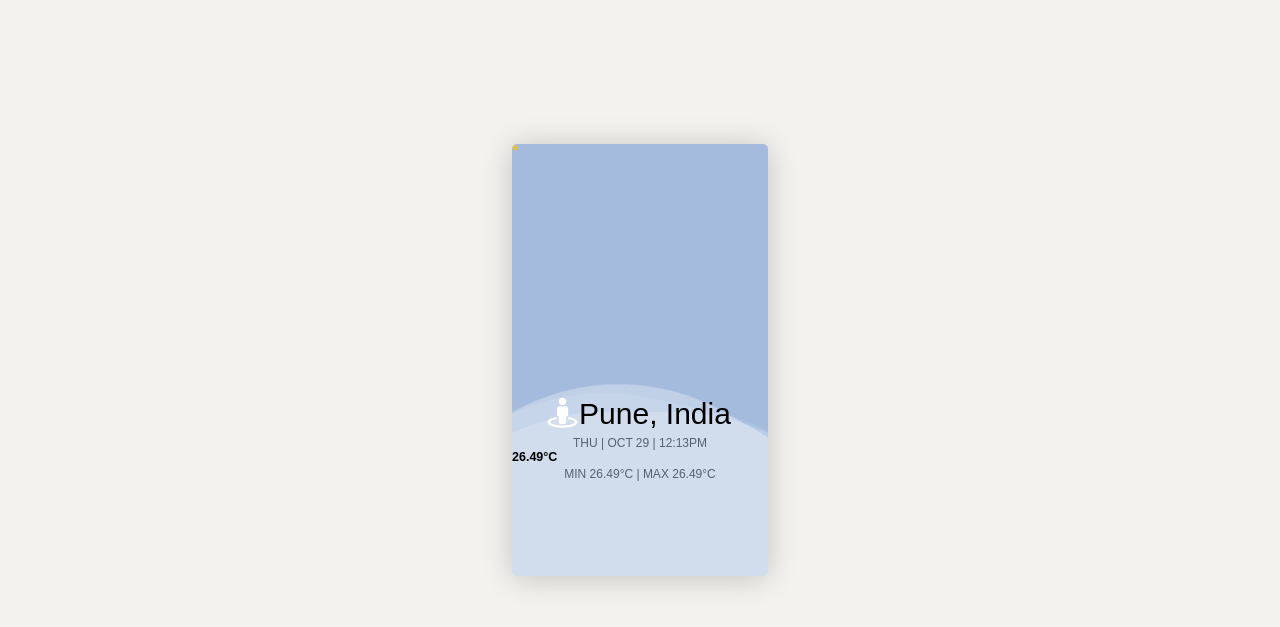
Repository: AalokJadhav/Weather_Website
Page: home.html
The author's editor kept a copy of each file at every save. The page is drawn from the files as they stood at one save, then again after the next save.
The browser window is 1280 px wide. The pictures show the whole page.
Some web libraries are served in a nearby version.

Above is the page before, as saved 2020-10-29 13:08:17.

### home.html
<!DOCTYPE html>
<html lang="en">
<head>
    <meta charset="UTF-8">
    <meta name="viewport" content="width=device-width, initial-scale=1.0">
    <link rel="stylesheet" href="https://cdnjs.cloudflare.com/ajax/libs/font-awesome/5.10.0/css/all.min.css" integrity="sha512-PgQMlq+nqFLV4ylk1gwUOgm6CtIIXkKwaIHp/PAIWHzig/lKZSEGKEysh0TCVbHJXCLN7WetD8TFecIky75ZfQ==" crossorigin="anonymous" />
    <style>
        * {
          padding: 0;
          margin: 0;
          /* font-family: "Jost", sans-serif; */
          font-family: "Quicksand", sans-serif;
        }

        body {
          background: #f3f2ef;
          display: flex;
          justify-content: center;
          align-items: center;
          flex-wrap: wrap;
          height: 100vh;
          width: 100vw;
        }

        html,
        body {
          font-size: 62.5%;
          height: 100%;
        }

        html {
          background: #eee;
        }

        .box {
          width: 20vw;
          height: 60vh;
          border-radius: 0.5rem;
          box-shadow: 0 0.2rem 3rem rgba(0, 0, 0, 0.2);
          background: #a5bbdd;
          position: relative;
          overflow: hidden;
          transform: translate3d(0, 0, 0);
          min-width: 20rem;
          min-height: 35rem;
        }

        .wave {
          opacity: 0.3;
          position: absolute;
          top: 120%;
          left: 50%;
          background: white;
          width: 50rem;
          height: 50rem;
          margin-left: -25rem;
          margin-top: -25rem;
          transform-origin: 50% 48%;
          border-radius: 43%;
          animation: drift 3000ms infinite linear;
          z-index: 1;
        }

        .wave.-three {
          animation: drift 5000ms infinite linear;
          z-index: 2 !important;
          opacity: 0.2;
        }

        .wave.-two {
          animation: drift 7000ms infinite linear;
          opacity: 0.1;
          z-index: 3 !important;
        }

        .box:after {
          content: "";
          display: block;
          left: 0;
          top: 0;
          width: 100%;
          height: 100%;
          z-index: 11;
          transform: translate3d(0, 0, 0);
        }

        @keyframes drift {
          from {
            transform: rotate(0deg);
          }
          from {
            transform: rotate(360deg);
          }
        }
        .info {
          position: absolute;
          bottom: 0;
          width: 100%;
          height: 45%;
          z-index: 4;
        }

        .location {
          margin-top: 1.5rem;
          text-align: center;
          font-weight: 800;
          font-size: 3rem;
          font-weight: 500;
        }

        .fa-street-view {
          animation: rotates 3s linear infinite alternate;
        }

        @keyframes rotates {
          from {
            transform: translateX(-0.5rem);
          }
          to {
            transform: translateX(0.5rem);
          }
        }

        #date {
          text-align: center;
          margin-top: 0.5rem;
          color: #57606f;
          font-size: 1.2rem;
          font-weight: 300;
          text-transform: uppercase;
        }

        .temp {
          margin-top: 2.5rem;
          text-align: center;
          font-size: 4rem;
        }

        .tempmin_max {
          text-align: center;
          margin-top: 0.3rem;
          font-weight: 300;
          font-size: 1.2rem;
          color: #57606f;
        }

        #weathercon {
          height: 55%;
          display: flex;
          justify-content: center;
          align-items: center;
          font-size: 3em;
        }

        #weathercon .fas {
          font-size: 6rem;
          animation: fas-anime 3s linear infinite alternate;
        }

        @keyframes fas-anime {
          from {
            transform: scale(1.1);
          }
          to {
            transform: scale(1.5);
          }
        }

        @media (max-width: 600px) {
          .box {
            width: 90vw;
            height: 80vh;
          }

          .wave {
            top: 85%;
          }

          #weathercon {
            font-size: 5em;
          }

          .info {
            font-size: 1.5rem;
          }
        }
        @media (max-height: 500px) {
          .box {
            height: 80vh;
          }

          .wave {
            top: 115%;
          }
        }
        body > span {
          width: 100vw;
          text-align: center;
          color: grey;
        }
      </style>
    <title>Weather App</title>
</head>
<body>
    <div class ="box">
        <div class="wave -one"></div>
        <div class="wave -two"></div>
        <div class="wave -three"></div>

        <div class="weathercon">
            <i class="fas fa-sun" style="color: #f1c40f;"></i>
        </div>

        <div class="info">
            <h2 class="location"><i class="fas fa-street-view" style="color: #fff"></i>Pune, India</h2>
            <p id="date">THU | OCT 29 | 12:13PM</p>
            <h1 id="temp">26.49°C</h1>
            <h3 class="tempmin_max">MIN 26.49°C | MAX 26.49°C</h3>
        </div>
    </div>
</body>
</html>

After the next save:
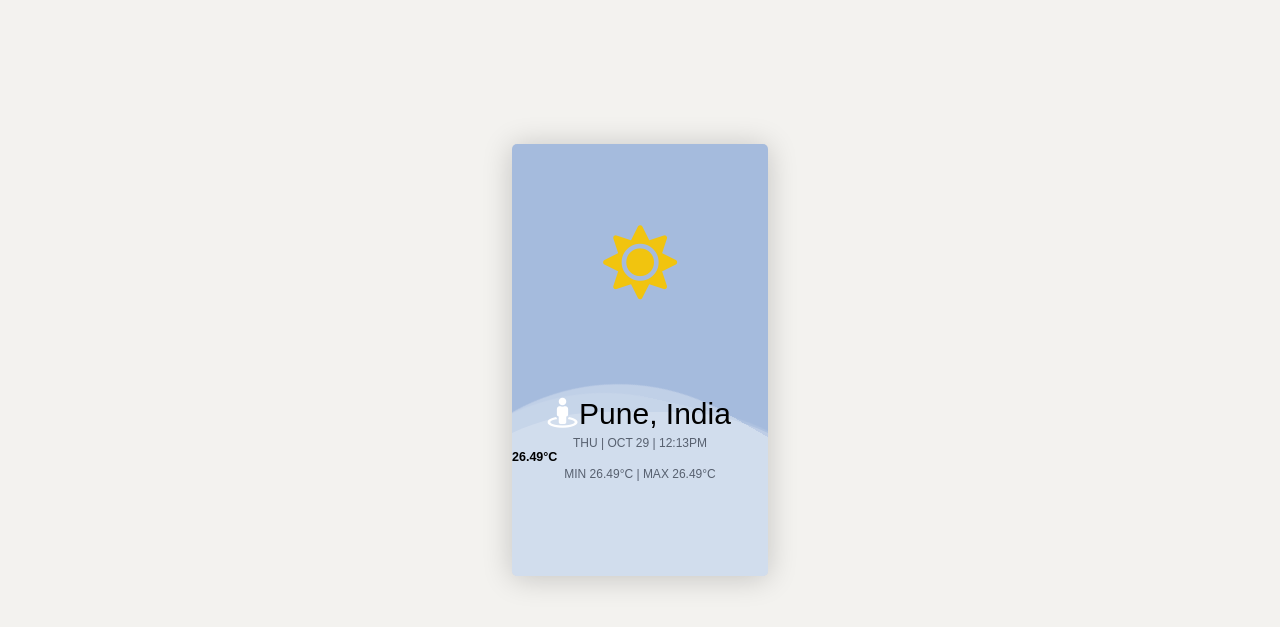
Saved 69 s later.
--- a/home.html
+++ b/home.html
@@ -207,7 +207,7 @@
         <div class="wave -two"></div>
         <div class="wave -three"></div>
 
-        <div class="weathercon">
+        <div id="weathercon">
             <i class="fas fa-sun" style="color: #f1c40f;"></i>
         </div>
 
